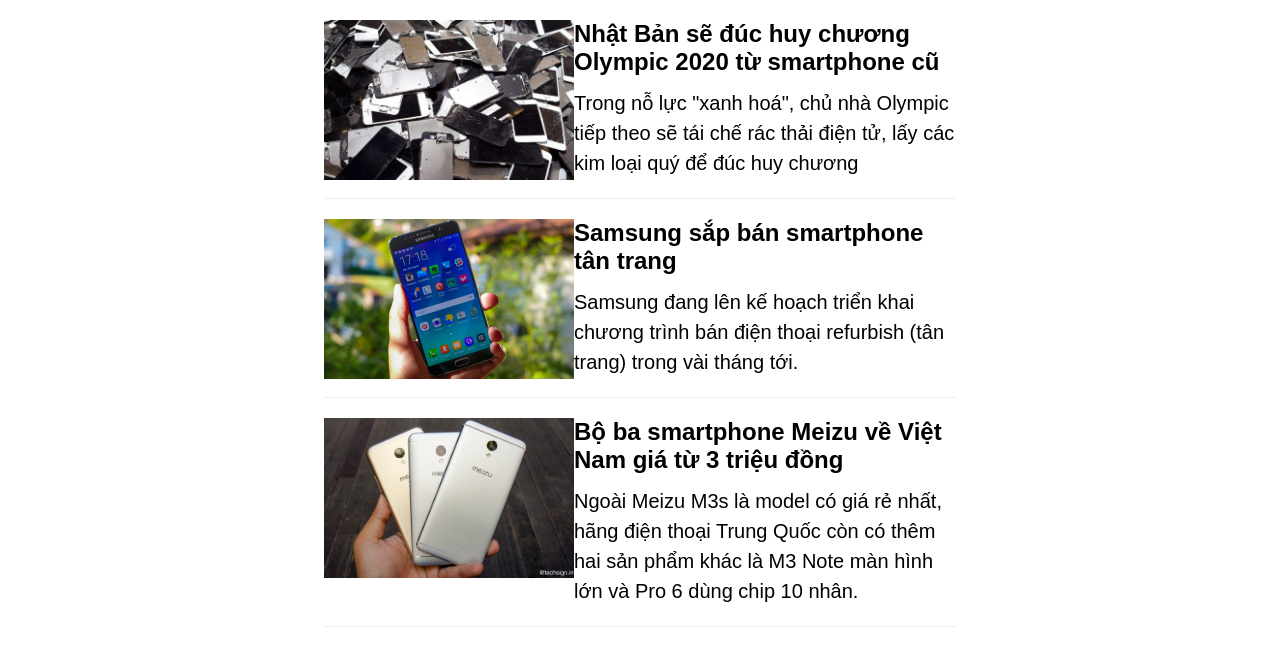
Repository: tuiladev/TKW
Page: CSS/Bai2/index.html
The author's editor kept a copy of each file at every save. The page is drawn from the files as they stood at one save, then again after the next save.
The browser window is 1280 px wide. The pictures show the whole page.

Above is the page before, as saved 2022-04-05 23:26:46.

After the next save:
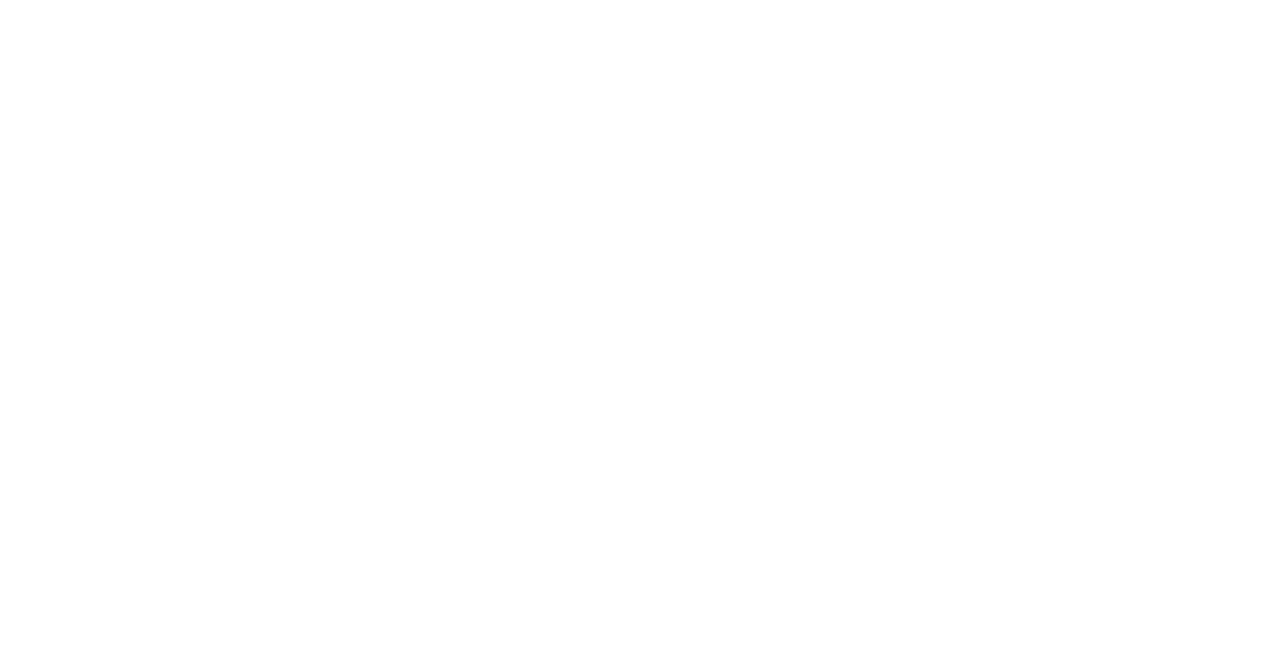
Saved 42 s later.
--- a/CSS/Bai2/index.html
+++ b/CSS/Bai2/index.html
@@ -6,29 +6,6 @@
       <link rel="stylesheet" href="./style.css" />
    </head>
    <body>
-      <div class="news">
-         <img src="./images/anh1.jpg" alt="" class="news__img" align="left" />
-         <h2 class="news__title">Nhật Bản sẽ đúc huy chương Olympic 2020 từ smartphone cũ</h2>
-         <p class="news__desc">
-            Trong nỗ lực "xanh hoá", chủ nhà Olympic tiếp theo sẽ tái chế rác thải điện tử, lấy các
-            kim loại quý để đúc huy chương
-         </p>
-      </div>
-      <div class="news">
-         <img src="./images/anh2.jpg" alt="" class="news__img" align="left" />
-         <h2 class="news__title">Samsung sắp bán smartphone tân trang</h2>
-         <p class="news__desc">
-            Samsung đang lên kế hoạch triển khai chương trình bán điện thoại refurbish (tân trang)
-            trong vài tháng tới.
-         </p>
-      </div>
-      <div class="news">
-         <img src="./images/anh3.jpg" alt="" class="news__img" align="left" />
-         <h2 class="news__title">Bộ ba smartphone Meizu về Việt Nam giá từ 3 triệu đồng</h2>
-         <p class="news__desc">
-            Ngoài Meizu M3s là model có giá rẻ nhất, hãng điện thoại Trung Quốc còn có thêm hai sản
-            phẩm khác là M3 Note màn hình lớn và Pro 6 dùng chip 10 nhân.
-         </p>
-      </div>
+
    </body>
 </html>

After the 2 saves that followed:
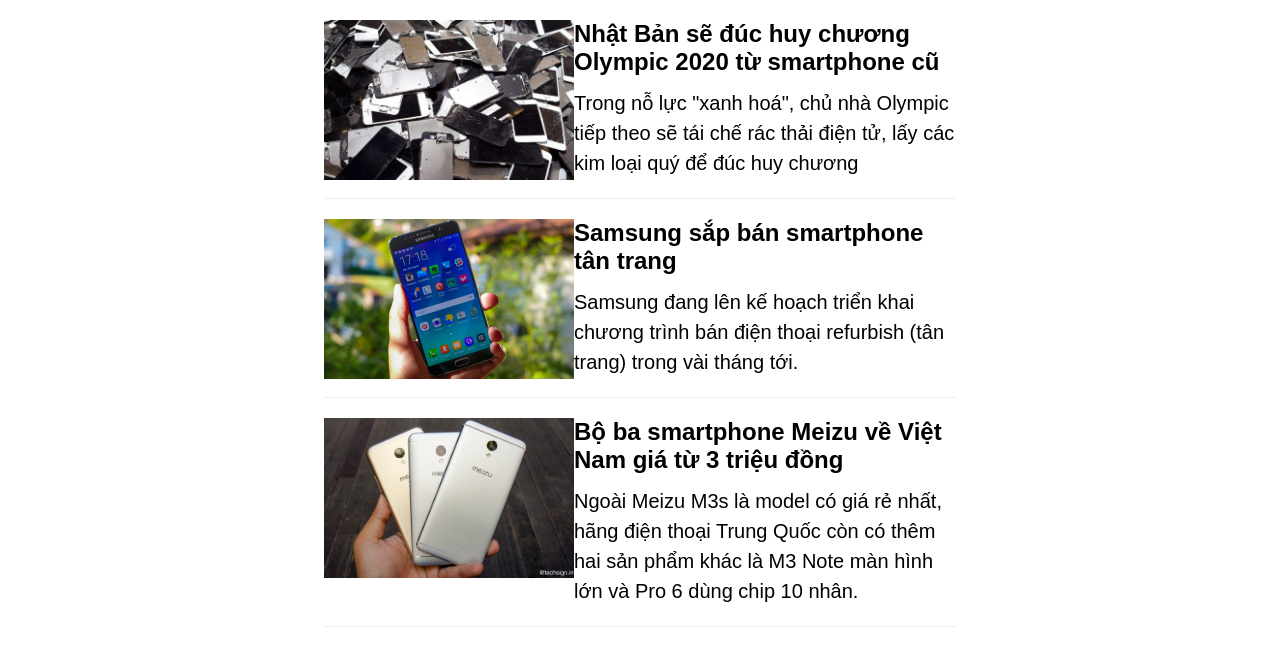
The 2 saves are shown as one change because they came seconds apart.
The last was saved 5 s later.
--- a/CSS/Bai2/index.html
+++ b/CSS/Bai2/index.html
@@ -6,6 +6,29 @@
       <link rel="stylesheet" href="./style.css" />
    </head>
    <body>
-
+      <div class="news">
+         <img src="./images/anh1.jpg" alt="" class="news__img" align="left" />
+         <h2 class="news__title">Nhật Bản sẽ đúc huy chương Olympic 2020 từ smartphone cũ</h2>
+         <p class="news__desc">
+            Trong nỗ lực "xanh hoá", chủ nhà Olympic tiếp theo sẽ tái chế rác thải điện tử, lấy các
+            kim loại quý để đúc huy chương
+         </p>
+      </div>
+      <div class="news">
+         <img src="./images/anh2.jpg" alt="" class="news__img" align="left" />
+         <h2 class="news__title">Samsung sắp bán smartphone tân trang</h2>
+         <p class="news__desc">
+            Samsung đang lên kế hoạch triển khai chương trình bán điện thoại refurbish (tân trang)
+            trong vài tháng tới.
+         </p>
+      </div>
+      <div class="news">
+         <img src="./images/anh3.jpg" alt="" class="news__img" align="left" />
+         <h2 class="news__title">Bộ ba smartphone Meizu về Việt Nam giá từ 3 triệu đồng</h2>
+         <p class="news__desc">
+            Ngoài Meizu M3s là model có giá rẻ nhất, hãng điện thoại Trung Quốc còn có thêm hai sản
+            phẩm khác là M3 Note màn hình lớn và Pro 6 dùng chip 10 nhân.
+         </p>
+      </div>
    </body>
 </html>
